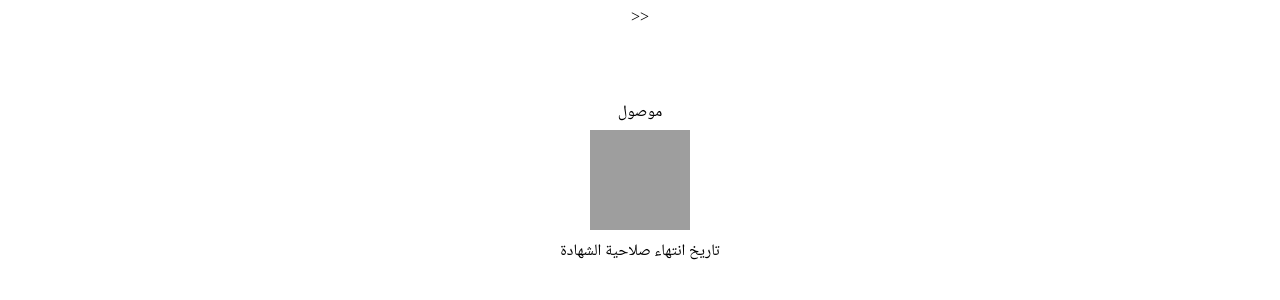
Repository: khanshakiil/ArabicHTMLToPDF
Page: HospitalFrontDesk/src/main/resources/html.html
An editor plug-in stored every save of this project. The page is shown before and after the next save, followed by the edit.
The browser window is 1280 px wide. The pictures show the whole page.
Pictures or frames that could not be fetched are drawn as grey boxes.

Above is the page before, as saved 2020-03-05 20:08:21.

After the next save:
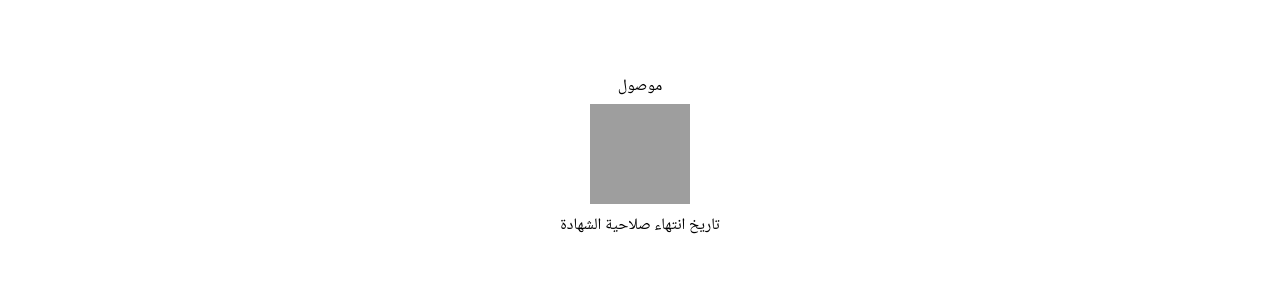
Saved 8 s later.
--- a/HospitalFrontDesk/src/main/resources/html.html
+++ b/HospitalFrontDesk/src/main/resources/html.html
@@ -24,8 +24,8 @@ height: 100px;
 <center>
 <table style="align-items: center" >
 <tr align="center"><td dir="rtl" style="font-family: Noto Naskh Arabic">موصول</td></tr>
-<tr align="center">><td dir="rtl"><img src="E:\\qrcode.png" id="qrCode"></img></td> </tr>
-<tr align="center">><td dir="rtl" style="font-family: Noto Naskh Arabic">تاريخ انتهاء صلاحية الشهادة </td></tr>
+<tr align="center"><td dir="rtl"><img src="E:\\qrcode.png" id="qrCode"></img></td> </tr>
+<tr align="center"><td dir="rtl" style="font-family: Noto Naskh Arabic">تاريخ انتهاء صلاحية الشهادة </td></tr>
 
 </table></center>
 </body>
